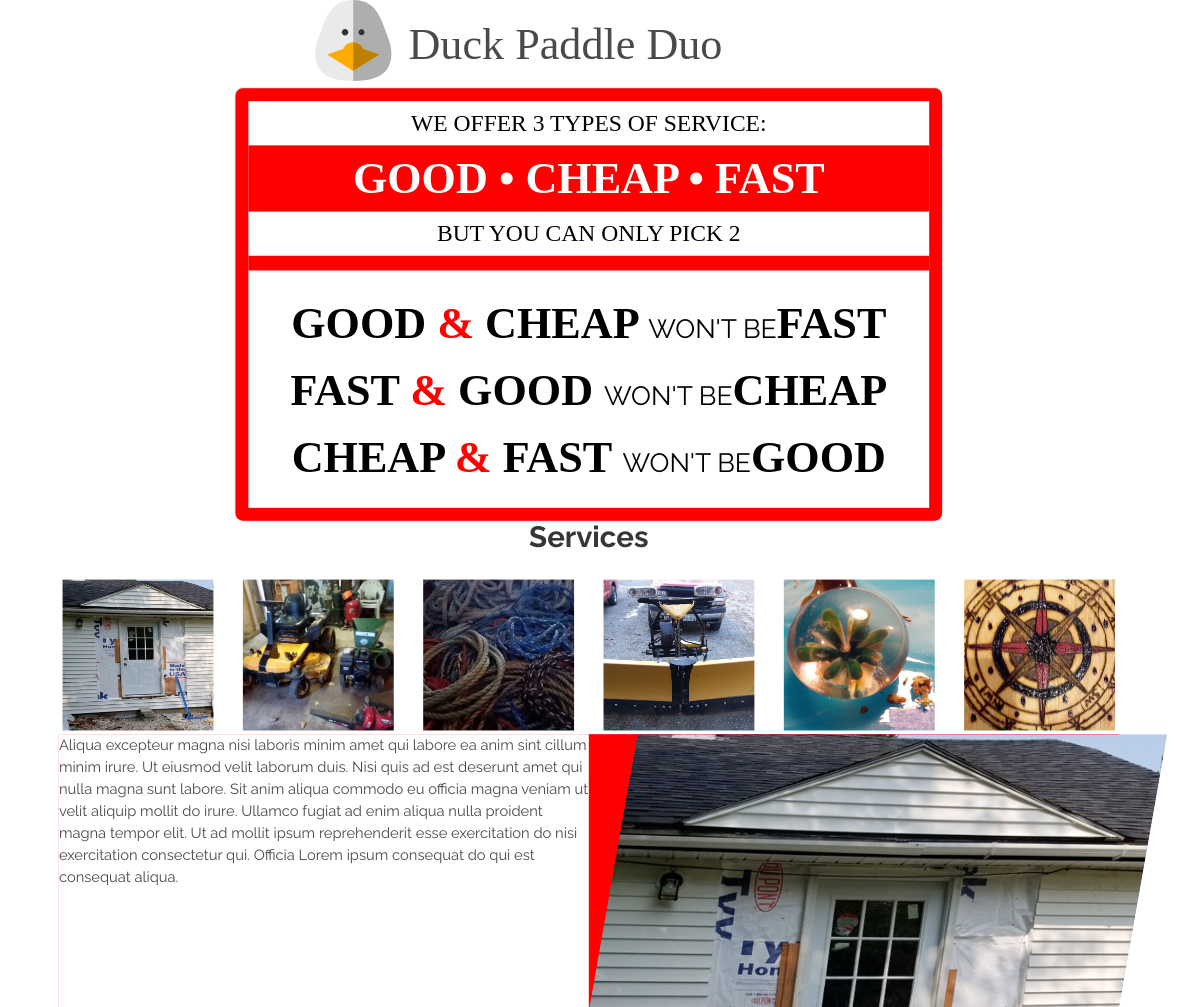
Repository: toddmcbrearty/duckpaddleduo
Page: /
An editor plug-in stored every save of this project. The page is shown before and after the next save, followed by the edit.
The browser window is 1280 px wide. The pictures show the whole page, at 92% of full size.
Some web fonts or font styles are not loaded; a fallback is used. The project was rebuilt for these pictures with package versions that can differ from the ones it lists, and the page was loaded fresh each time.

Above is the page before, as saved 2018-12-11 15:03:31.

### index.html
<!DOCTYPE html>
<html>
  <head>
    <meta charset="utf-8">
    <meta name="viewport" content="width=device-width,initial-scale=1.0">
    <title>duckpaddleduo</title>
  </head>
  <body>
    <div id="app"></div>
    <!-- built files will be auto injected -->
  </body>
</html>

### src/App.vue
<template>
  <div>
    <logo/>
    <call-board class="container"/>
    <services class="container"/>
    <hero-section class="container" section="construction"/>
  </div>
</template>

<script>
import CallBoard from "./components/CallBoard";
import Logo from "./components/Logo";
import Services from "./components/Services";
import HeroSection from "./components/HeroSection";

export default {
  name: "App",

  components: { CallBoard, Logo, Services, HeroSection }
};
</script>

<style lang="scss">
@import "./assets/scss/bootstrap.scss";

.hero-items {
  display: flex;
  flex-direction: column;
}
</style>

### src/router/index.js
import Vue from 'vue';
import Router from 'vue-router';
import Services from '@/components/Services';

Vue.use(Router);

export default new Router({
  routes: [
    {
      path: '/',
      name: 'Services',
      component: Services,
    },
  ],
});

### src/assets/scss/bootstrap.scss
@import './variables';
@import 'bulma/bulma.sass';
@import url('https://fonts.googleapis.com/css?family=Condiment|Delius+Unicase:400,700|Raleway:300,400,700|Source+Sans+Pro:300,400,700');

@mixin font-condiment {
  font-family: 'Condiment', cursive;
}

@mixin font-delius {
  font-family: 'Delius Unicase', cursive;
}

@mixin font-source-sans {
  font-family: 'Source Sans Pro', sans-serif;
}

@mixin raleway {
  font-family: 'raleway', sans-serif;
}

.raleway {
  @include raleway;
}

.font-condiment {
  @include font-condiment;
}

.font-delius {
  @include font-delius;
}

.font-source-sans {
  @include font-source-sans;
}

body {
  @include raleway;
  font-size: 300;
}

### src/assets/scss/_variables.scss
// SASS style sheet */
// Palette color codes */
// Palette URL: http://paletton.com/#uid=7000u0kwi++bu++hX++++rd++kX */

// Feel free to copy&paste color codes to your application */

// As hex codes */

$primary-0: #ff0000; // Main Primary color */
$color-primary-1: #ffa4a4;
$primary: #ff7070;
$color-primary-3: #d90000;
$color-primary-4: #a70000;

$warning: #ff7400; // Main Secondary color (1) */
$color-secondary-1-1: #ffcda4;
$color-secondary-1-2: #ffb170;
$color-secondary-1-3: #d96200;
$color-secondary-1-4: #a74c00;

$link: #00ffff; // Main Secondary color (2) */
$color-secondary-2-1: #a4ffff;
$color-secondary-2-2: #70ffff;
$color-secondary-2-3: #008282;
$color-secondary-2-4: #006464;

$success: #00ff00; // Main Complement color */
$color-complement-1: #a4ffa4;
$color-complement-2: #70ff70;
$color-complement-3: #00ad00;
$color-complement-4: #008500;

// As RGBa codes */

$rgba-primary-0: rgba(255, 0, 0, 1); // Main Primary color */
$rgba-primary-1: rgba(255, 164, 164, 1);
$rgba-primary-2: rgba(255, 112, 112, 1);
$rgba-primary-3: rgba(217, 0, 0, 1);
$rgba-primary-4: rgba(167, 0, 0, 1);

$rgba-secondary-1-0: rgba(255, 116, 0, 1); // Main Secondary color (1) */
$rgba-secondary-1-1: rgba(255, 205, 164, 1);
$rgba-secondary-1-2: rgba(255, 177, 112, 1);
$rgba-secondary-1-3: rgba(217, 98, 0, 1);
$rgba-secondary-1-4: rgba(167, 76, 0, 1);

$rgba-secondary-2-0: rgba(0, 255, 255, 1); // Main Secondary color (2) */
$rgba-secondary-2-1: rgba(164, 255, 255, 1);
$rgba-secondary-2-2: rgba(112, 255, 255, 1);
$rgba-secondary-2-3: rgba(0, 130, 130, 1);
$rgba-secondary-2-4: rgba(0, 100, 100, 1);

$rgba-complement-0: rgba(0, 255, 0, 1); // Main Complement color */
$rgba-complement-1: rgba(164, 255, 164, 1);
$rgba-complement-2: rgba(112, 255, 112, 1);
$rgba-complement-3: rgba(0, 173, 0, 1);
$rgba-complement-4: rgba(0, 133, 0, 1);

// Generated by Paletton.com © 2002-2014 */
// http://paletton.com */

### src/components/CallBoard.vue
<template>
  <div class="call-board is-flex" :class="pos">
    <div class="board">
      <div class="content">
        <div class="top has-text-centered">
          <div class="call-title">We offer 3 types of service:</div>
          <div class="g-c-f font-delius">GOOD • CHEAP • FAST</div>
          <div class="call-title">But you can only pick 2</div>
        </div>
        <div class="call-tag">
          <div class="has-text-centered">
            <span class="call">
              Good
              <span class="amper"></span> Cheap
            </span>
            <span class="to">won't be</span>
            <span class="action">Fast</span>
          </div>
          <div class="has-text-centered">
            <span class="call">
              Fast
              <span class="amper"></span> Good
            </span>
            <span class="to">won't be</span>
            <span class="action">Cheap</span>
          </div>
          <div class="has-text-centered">
            <span class="call">
              Cheap
              <span class="amper"></span> Fast
            </span>
            <span class="to">won't be</span>
            <span class="action">Good</span>
          </div>
        </div>
      </div>
    </div>
  </div>
</template>

<script>
export default {
  name: "CallBoard",

  props: {
    position: {
      default: "centered"
    }
  },

  data() {
    return {
      pos: ""
    };
  },

  created() {
    this.pos = this.position;
  }
};
</script>

<style lang="scss" >
@import "../assets/scss/bootstrap.scss";

.call-board {
  justify-content: flex-start;

  &.right {
    justify-content: flex-end !important;
  }
  &.centered {
    justify-content: center !important;
  }
  color: black;

  .board {
    box-shadow: 0 0 2px rgb(160, 160, 160);
    border-radius: 8px;
    width: 16em;
    background: red;
    border-radius: 8px;
    padding: 0.3em;
    text-transform: uppercase;
    font-size: 3em;
    border: 3px white;

    .call-title {
      @include font-delius;
      font-size: 1.6rem;
      padding: 0.3rem 0;
    }

    .call-tag {
      padding: 1.2rem 0;
      border-top: 1rem solid red;
    }

    .content {
      background: white;
    }

    .g-c-f {
      font-weight: 700;
      background: red;
      color: white;
    }

    .call,
    .action {
      @include font-delius;
      font-weight: 700;
    }

    .to {
      font-size: 0.6em;
    }

    .amper {
      &::after {
        content: "&";
        color: red;
      }
    }
  }
}
</style>

### src/components/Logo.vue
<template>
  <div class="logo is-flex" :class="pos">
    <span class="title-container is-flex">
      <figure class="logo-image">
        <img src="../assets/images/duck-head.svg" class="logo-image">
      </figure>
      <span class="logo-title">Duck Paddle Duo</span>
    </span>
  </div>
</template>

<script>
export default {
  name: "Logo",

  props: {
    position: {
      default: "centered"
    }
  },

  data() {
    return {
      pos: ""
    };
  },

  created() {
    this.pos = this.position;
  }
};
</script>

<style lang="scss" scoped>
@import "../assets/scss/bootstrap.scss";

.logo {
  justify-content: flex-start;

  &.right {
    justify-content: flex-end !important;
  }
  &.centered {
    justify-content: center !important;
  }
  .title-container {
    flex: 0 0 600px;
    $img-size: 6em;
    $gap: 0.5em;
    align-content: center;

    .logo-image {
      margin-right: $gap;
    }

    .logo-title {
      align-content: center;

      @include font-delius;
      font-size: 3rem;
      letter-spacing: normal;
      margin-bottom: 0;
      padding-bottom: 0;
    }

    figure {
      width: $img-size;
      height: $img-size;
    }
  }
}
</style>

### src/components/Services.vue
<template>
  <section class="is-flex service-container">
    <div class="title has-text-centered">Services</div>
    <div class="columns services">
      <div class="is-2 service" v-for="service in services" :key="service.name">
        <figure class="image is-square">
          <figcaption v-text="service.name"></figcaption>
          <img class :src="`../../static/images/services/${service.image}`">
        </figure>
      </div>
    </div>
  </section>
</template>

<script>
import store from "../store.js";

export default {
  name: "Services",

  data() {
    return {
      services: store.services
    };
  }
};
</script>

<style lang="scss">
@import "../assets/scss/bootstrap.scss";
.service-container {
  flex-direction: column;

  .title {
    text-transform: capitalize;
  }

  .services {
    justify-content: center;

    .service {
      $image-size: 164px;

      padding: 1em;

      .image {
        width: $image-size;
        height: $image-size;

        figcaption {
          text-align: center;
          text-transform: capitalize;
          padding: 0.3em 0;
        }
      }
    }
  }
}
</style>

### src/components/HeroSection.vue
<template>
  <div class="hero-section is-flex" :class="{'reversed': isReversed}">
    <div class="text" v-html="getText"></div>
    <div>
      <figure class="image">
        <img :src="getImage">
      </figure>
    </div>
  </div>
</template>

<script>
import store from "../store.js";

export default {
  name: "HeroSection",

  props: ["section", "reversed"],

  data() {
    return {
      services: store.services,
      isReversed: false
    };
  },

  computed: {
    getText() {
      const service = this.services.filter(
        service => service.name === this.section
      );

      return service[0].description;
    },
    getImage() {
      const service = this.services.filter(
        service => service.name === this.section
      );

      return `../../static/images/services/${service[0].image}`;
    }
  }
};
</script>

<style lang="scss" scoped>
.hero-section {
  background: red;
  height: 300px;

  .text {
    background: white;
    flex: 0 0 50%;
  }

  .image {
    flex: 0 0 50%;
    width: 100%;
    height: 100%;
    overflow: hidden;

    $angle: -10deg;

    transform-origin: bottom right;
    transform: skew($angle, 0deg);

    img {
      width: 100%;
      height: auto;
    }
  }
}
.reversed {
  flex-direction: row-reverse;
}
</style>

### src/store.js
const store = {
  company: {
    logo: 'duck-head.svg',
    tag: 'We can do anything!',
    name: 'Duck Puddle Duo',
    abbr: 'DPD',
    address: '52 Duck Puddle RD',
    city: 'Nobleboro',
    state: 'ME',
    postalcode: '04555',
    phoneNumbers: ['207 624 1147', '207 624 1847'],
    email: {
      primary: 'duckpuddleduo@gmail.com',
    },
  },
  services: [
    {
      name: 'construction',
      image: 'construction.jpg',
      description:
        'Aliqua excepteur magna nisi laboris minim amet qui labore ea anim sint cillum minim irure. Ut eiusmod velit laborum duis. Nisi quis ad est deserunt amet qui nulla magna sunt labore. Sit anim aliqua commodo eu officia magna veniam ut velit aliquip mollit do irure. Ullamco fugiat ad enim aliqua nulla proident magna tempor elit. Ut ad mollit ipsum reprehenderit esse exercitation do nisi exercitation consectetur qui. Officia Lorem ipsum consequat do qui est consequat aliqua.',
      breakdown: [
        'Custom Carpentry',
        'Masonry',
        'Roofing',
        'Decks',
        'Remodeling',
        'Plumbing',
        'Honey-do list',
      ],
    },
    {
      name: 'mechanical',
      image: 'mechanical.jpg',
      description:
        'Nulla ea aliqua ea id dolor dolor Lorem. Consectetur ullamco aliqua excepteur in pariatur id pariatur eu. Sunt elit id minim ad incididunt consectetur excepteur aute minim Lorem proident. Voluptate eu ex aliquip eiusmod dolor laborum amet laborum enim anim aliqua nulla magna.',
      breakdown: [
        'Service and repair of snowblowers',
        'generators',
        'log splitters',
        'weed wackers',
        'lawnmowers',
        'tractors',
        'heavy equipment and more. We also offer fabrication welding',
      ],
    },
    {
      name: 'rope/sewing',
      image: 'rope.jpg',
      description:
        'Dolor qui officia culpa magna consequat veniam duis culpa labore magna aliqua do tempor non. Esse commodo pariatur sunt reprehenderit ipsum non. Irure non mollit proident nulla tempor fugiat velit culpa.',
      breakdown: ['Custom Fyke nets', 'lobster rope doormats'],
    },
    {
      name: 'property management',
      image: 'property-management.jpg',
      description:
        'Pariatur aliquip do aliquip reprehenderit consequat proident elit in. Laboris commodo elit consectetur culpa esse enim ea non fugiat id eu aute ipsum commodo. Proident laboris incididunt veniam adipisicing duis ex.',
    },
    {
      name: 'glass',
      image: 'glass.jpg',
      description:
        'Nulla ullamco eiusmod cupidatat dolor ex ea. Consequat pariatur laborum velit nulla ad et sunt nulla aliquip. In officia qui culpa enim reprehenderit et ipsum excepteur minim sint sint. Tempor exercitation do dolore aliqua qui anim laborum magna.',
      breakdown: [
        'Lampwork-handmade beads',
        'pendants',
        'wine stoppers',
        'ornaments',
        'cremation pendants',
        'window hangers and more. If you can dream it',
        'we can make it… Stained Glass- custom designs made to order',
      ],
    },
    {
      name: 'woodburning',
      image: 'wood-burning.jpg',
      description:
        'Ex minim adipisicing laborum culpa est. Lorem irure qui velit officia laboris. Esse eiusmod tempor amet anim proident.',
      breakdown: ['Custom signs made to order in any shape or size.'],
    },
  ],

  employees: {
    owners: ['Lawrence Friend Jr.', 'Emerald Friend'],
  },
};

export default store;

Loaded but not shown: src/main.js (common file)

After the next save:
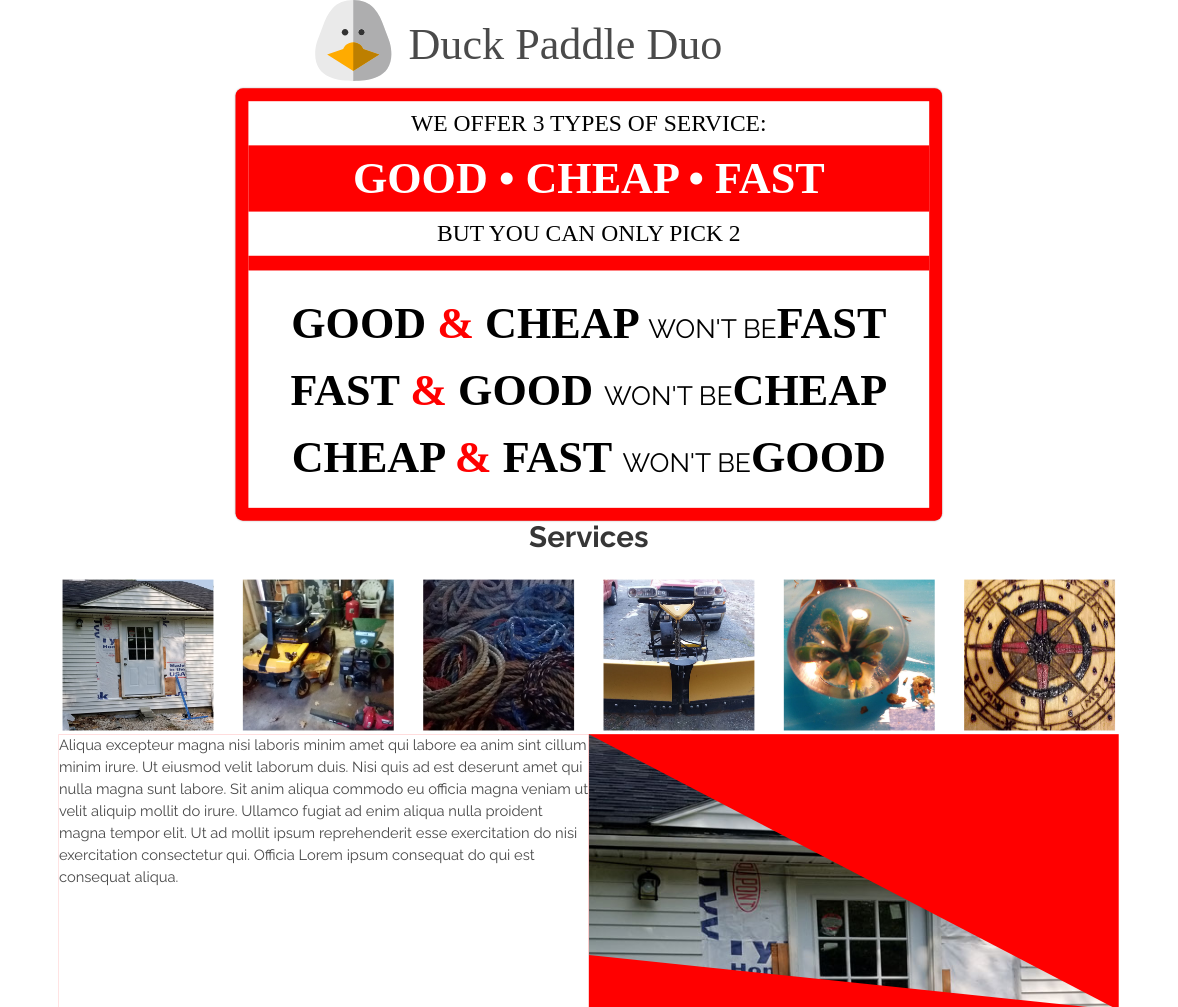
Saved 81 s later.
--- a/src/components/HeroSection.vue
+++ b/src/components/HeroSection.vue
@@ -1,7 +1,7 @@
 <template>
   <div class="hero-section is-flex" :class="{'reversed': isReversed}">
     <div class="text" v-html="getText"></div>
-    <div>
+    <div class="image-container">
       <figure class="image">
         <img :src="getImage">
       </figure>
@@ -53,6 +53,10 @@
     flex: 0 0 50%;
   }
 
+  .image-container {
+    clip-path: polygon(0% 80%, 100% 100%, 0% 0%);
+  }
+
   .image {
     flex: 0 0 50%;
     width: 100%;
@@ -60,9 +64,6 @@
     overflow: hidden;
 
     $angle: -10deg;
-
-    transform-origin: bottom right;
-    transform: skew($angle, 0deg);
 
     img {
       width: 100%;
